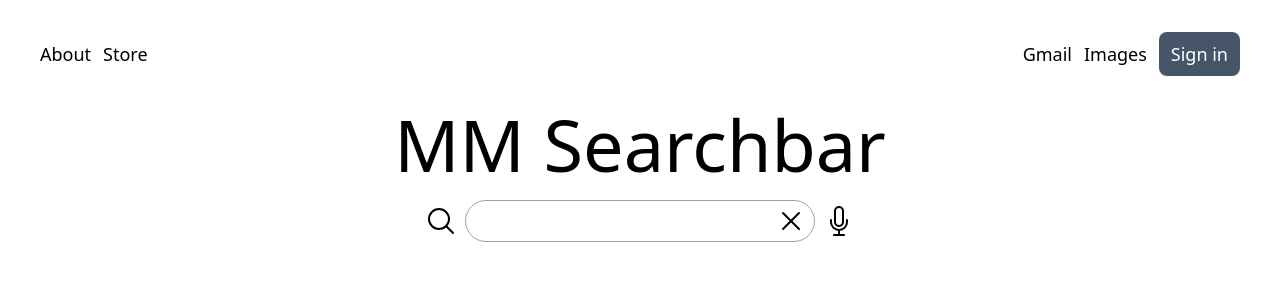
Repository: michalmilek/minigoogle
Page: /
An editor plug-in stored every save of this project. The page is shown before and after the next save, followed by the edit.
The browser window is 1280 px wide. The pictures show the whole page.
The page's requests for data from a server got no answer. The project was rebuilt for these pictures with package versions that can differ from the ones it lists, and the page was loaded fresh each time. The framework's server and built-in components were replaced by stand-ins that run in the browser. No one was signed in, and anything a server would have sent is missing. Also part of the build but not shown: next.config.js.

Above is the page before, as saved 2023-02-13 13:36:59.

After the next save:
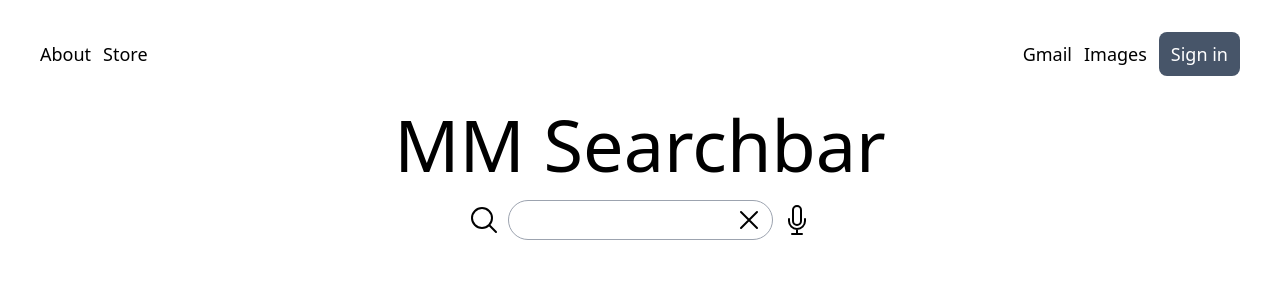
Saved 22 s later.
--- a/pages/index.tsx
+++ b/pages/index.tsx
@@ -34,7 +34,7 @@
           <div className="relative flex">
             <input
               type="text"
-              className="border transition-all outline-none ring-0 focus:drop-shadow-2xl  text-base w-[90%] md:w-[350px] px-4 py-2 border-gray-400 rounded-full"
+              className="border transition-all outline-none ring-0 focus:drop-shadow-2xl  text-base w-[100%] h-[100%] px-4 py-2 border-gray-400 rounded-full"
             />
             <XMarkIcon className="h-8 absolute top-[50%] right-2 translate-y-[-50%]" />
           </div>
